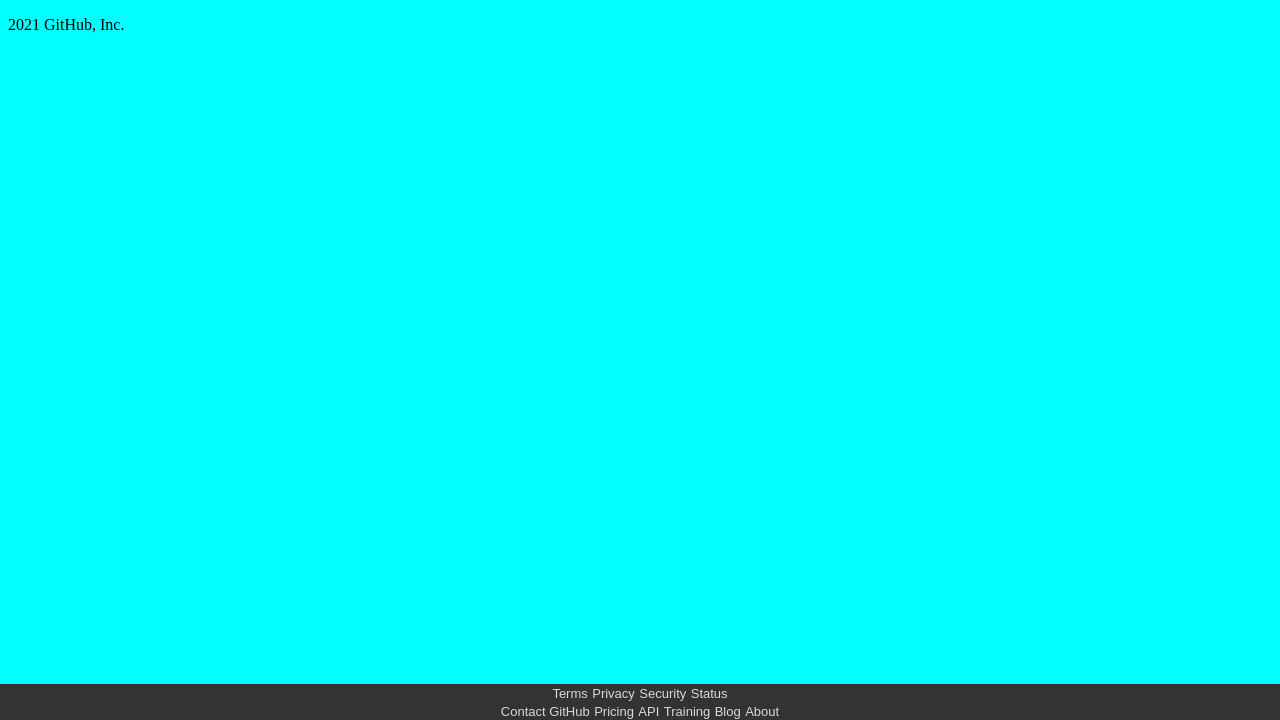
Repository: nss-evening-cohort-E23/gitsub-the-commit-commandos
Page: index.html
The author's editor kept a copy of each file at every save. The page is drawn from the files as they stood at one save, then again after a run of saves.
The browser window is 1280 px wide. The pictures show the whole page.

Above is the page before, as saved 2023-05-08 20:38:03.

### index.html
<!DOCTYPE html>
<html lang="en">
<head>
  <meta charset="UTF-8">
  <meta http-equiv="X-UA-Compatible" content="IE=edge">
  <meta name="viewport" content="width=device-width, initial-scale=1.0">
  <title>Gitsub - Commit Commandos</title>
  <link rel="stylesheet" href="main.css">
</head>
<body>







  <footer>
    <div class="wrapper">
    <div class="copyright">
      <p>2021 GitHub, Inc.</p>
    </div>
    <div class="footerLinks">
      <ul>
        <li><a href="#">Terms</a>
        </li>
        <li><a href="#">Privacy</a>
        </li>
        <li><a href="#">Security</a>
        </li>
        <li><a href="#">Status</a>
        </li>
      </ul>

      <ul>
        <li><a href="#">Contact GitHub</a>
        </li>
        <li><a href="#">Pricing</a>
        </li>
        <li><a href="#">API</a>
        </li>
        <li><a href="#">Training</a>
        </li>
        <li><a href="#">Blog</a>
        </li>
        <li><a href="#">About</a>
        </li>
      </ul>
    </div>
    </div>

  </footer>

  <script src="main.js"></script>
</body>
</html>

### main.css
body{
  background-color: aqua;
}
/* .copyright {
  text-align: center;
} */

.footerLinks {
	background: #333333;
    position:absolute;
    bottom: 0;
    left: 0;
    right: 0;
    text-align: center;
    font-family: arial;
}
.footerLinks ul {
	padding: 0;
    list-style-type: none;
    margin: 0;
}
.footerLinks li {
	display: inline;
}
.footerLinks a {
	color: #d9d9d9;
	text-decoration: none;
	font-size: 13px;
}

Loaded but not shown: main.js (empty)

After the next 2 saves:
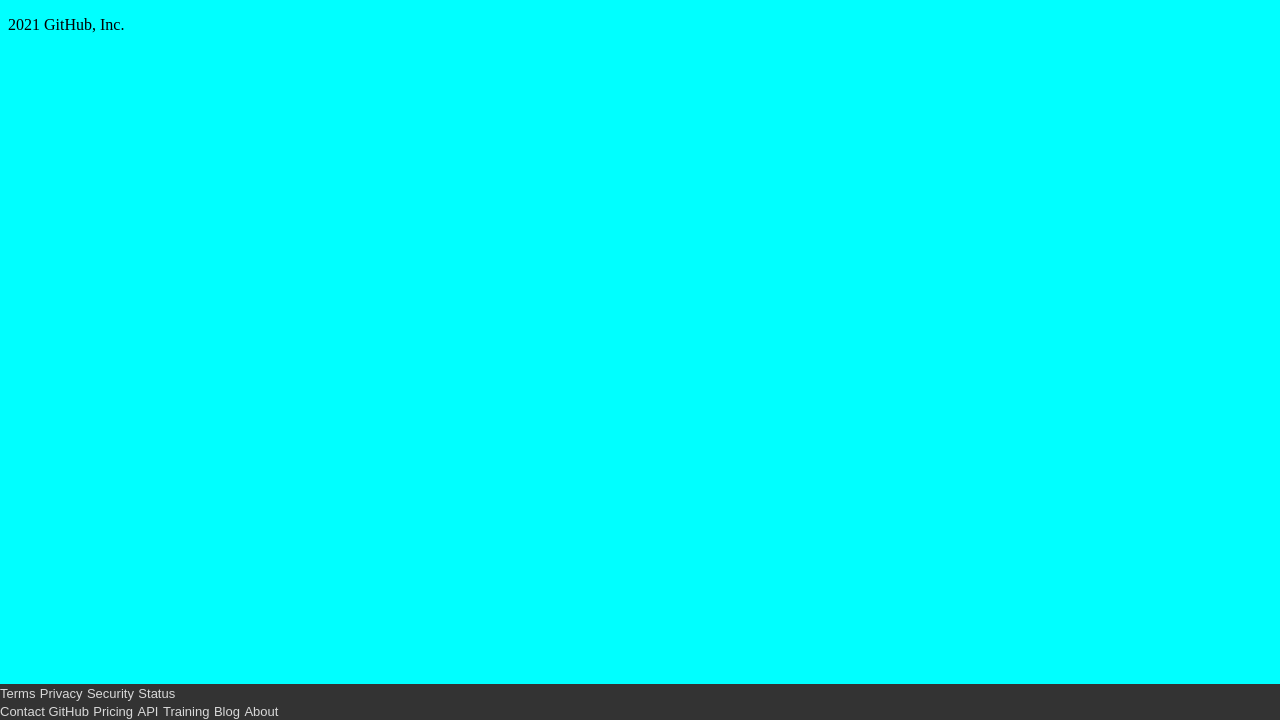
The 2 saves are shown as one change because they came seconds apart.
The last was saved 15 s later.
--- a/main.css
+++ b/main.css
@@ -11,7 +11,7 @@ body{
     bottom: 0;
     left: 0;
     right: 0;
-    text-align: center;
+    text-align:;
     font-family: arial;
 }
 .footerLinks ul {
